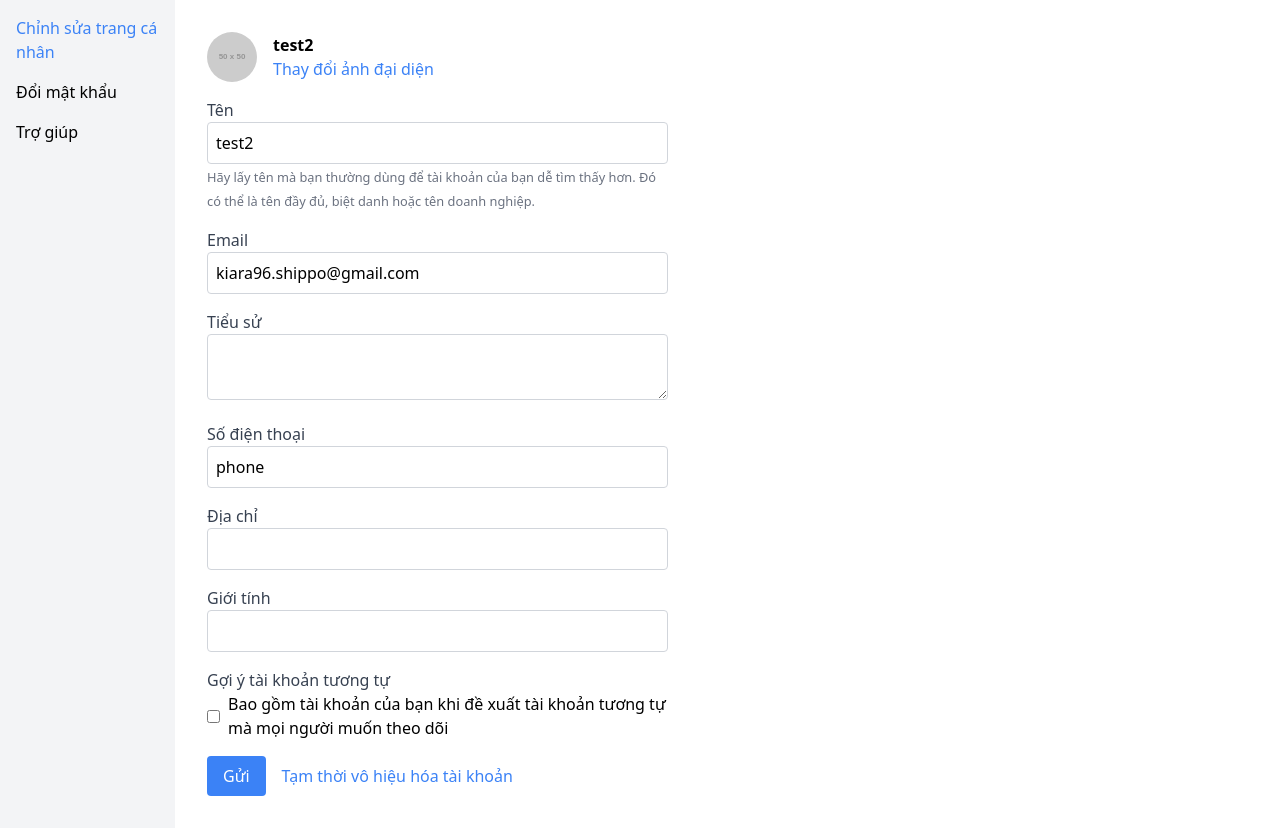
Repository: DangNgocDuong250903/2425_CS445AC_NHOM1
Page: /update_user (app in social_fe/)
An editor plug-in stored every save of this project. The page is shown before and after the next save, followed by the edit.
The browser window is 1280 px wide. The pictures show the whole page.
The project was rebuilt for these pictures with package versions that can differ from the ones it lists, and the page was loaded fresh each time. Also part of the build but not shown: social_fe/vite.config.js, social_fe/src/components/Button/index.jsx, social_fe/src/assets/index.js, social_fe/src/components/FriendCard/index.jsx, social_fe/src/components/Loading/index.jsx, social_fe/src/components/PostCard/index.jsx, social_fe/src/components/ProfileCard/index.jsx, social_fe/src/components/TextInput/index.jsx and 8 more.

Above is the page before, as saved 2024-11-05 10:48:39.

After the next save:
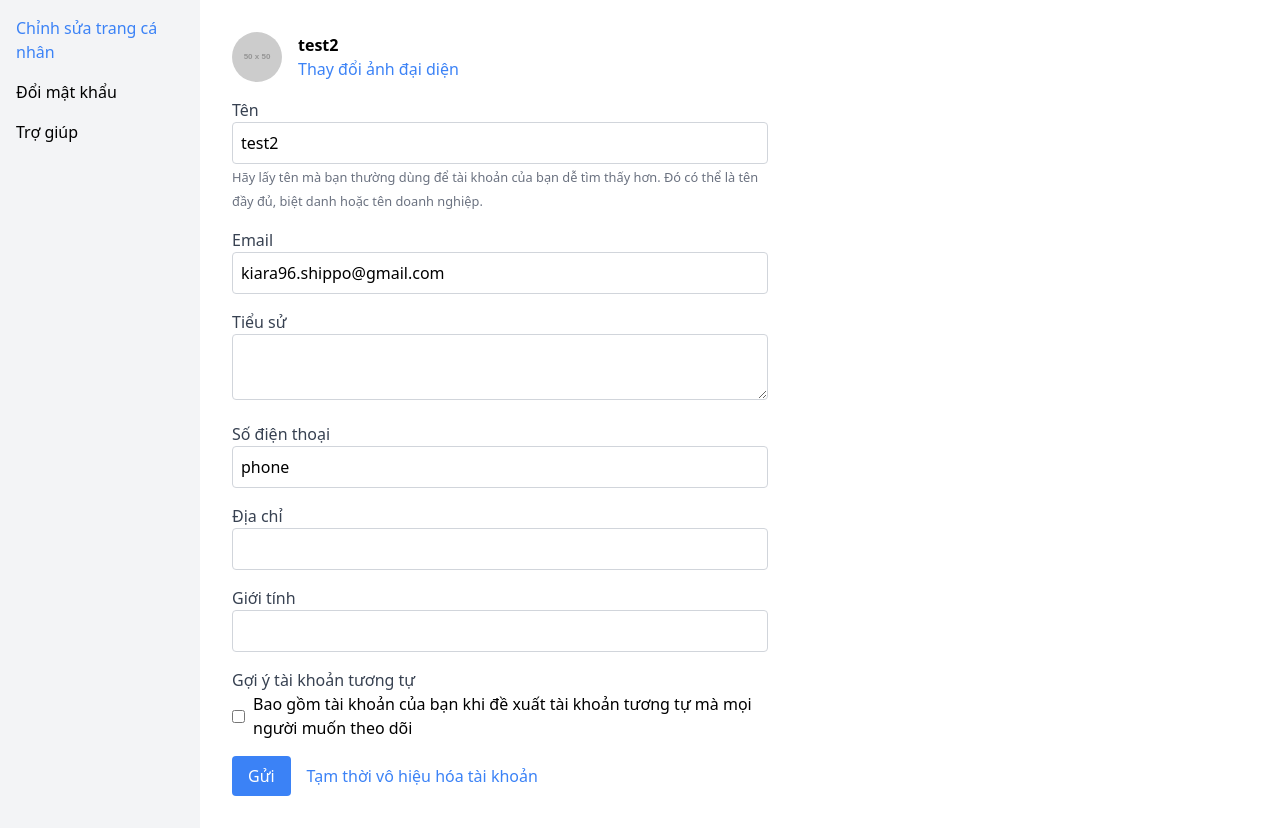
Saved 23 s later.
--- a/social_fe/src/pages/ProfilePage/updateUser.jsx
+++ b/social_fe/src/pages/ProfilePage/updateUser.jsx
@@ -2,7 +2,7 @@ import React from 'react';
 
 const UpdateUser = () => {
     return (
-        <div className="flex w-[700px]">
+        <div className="flex w-[800px]">
             <div className="w-1/4 p-4 bg-gray-100">
                 <ul>
                     <li className="mb-4"><a href="#" className="text-blue-500">Chỉnh sửa trang cá nhân</a></li>
